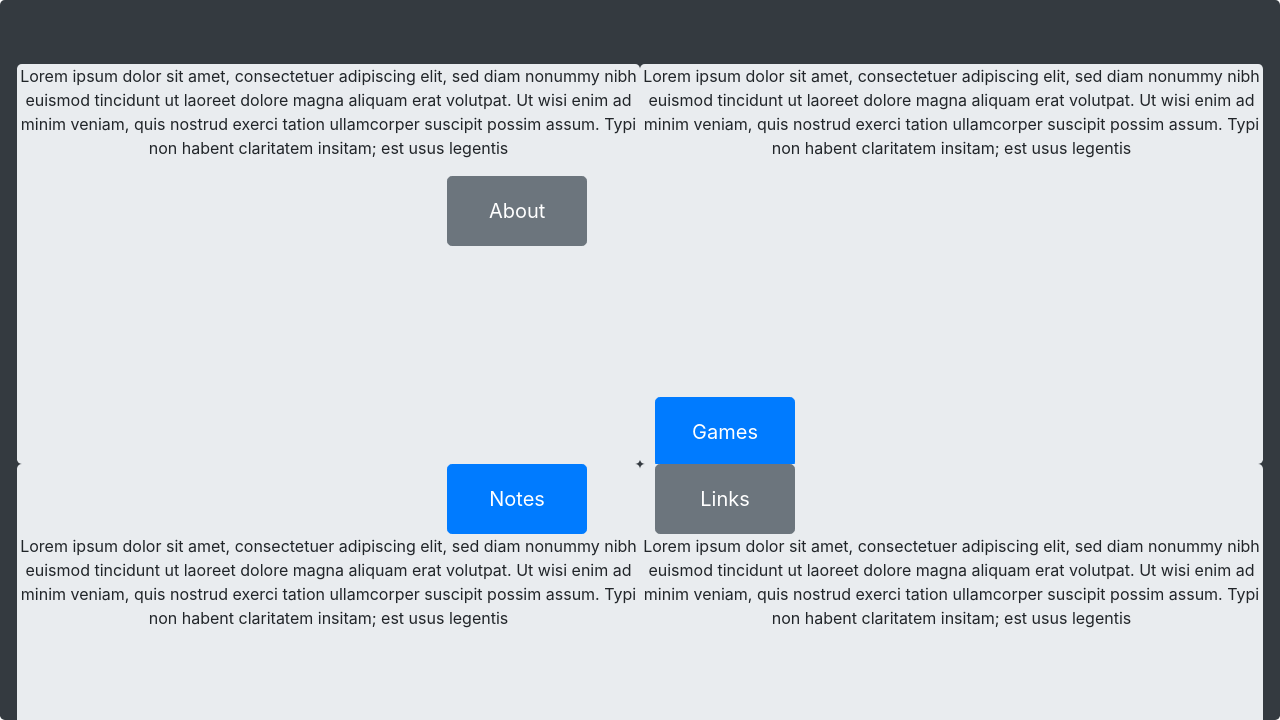
Repository: Kamicoda/Noteblock
Page: index.html
The author's editor kept a record of every edit. The page is drawn from the files as they stood at one moment, then again after the next edit.
The browser window is 1280 px wide. The pictures show the whole page.
Some web libraries are served in a nearby version.

Above is the page before.

After the next edit:
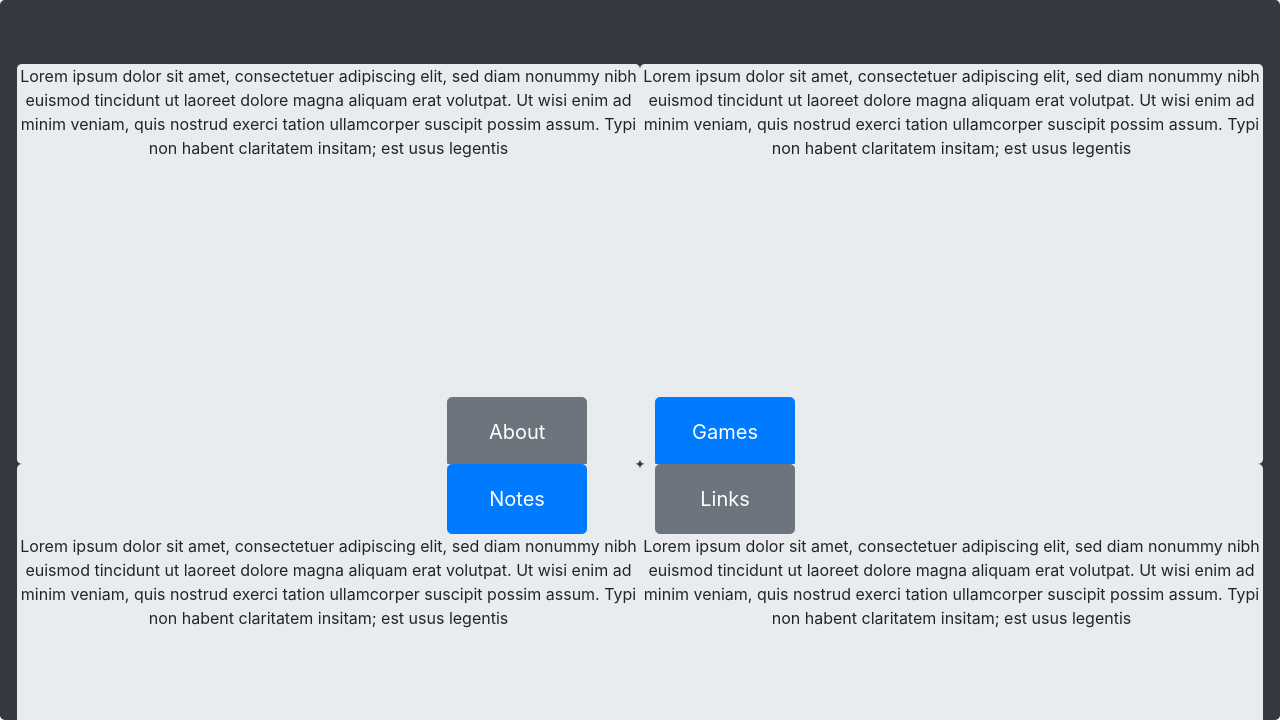
The edit:
--- a/assets/style/style.css
+++ b/assets/style/style.css
@@ -130,6 +130,7 @@
     width: 140px;
     height: 70px;
     margin-left: 70%;
+    margin-top: 40%;
 }
 
 .bgames {
